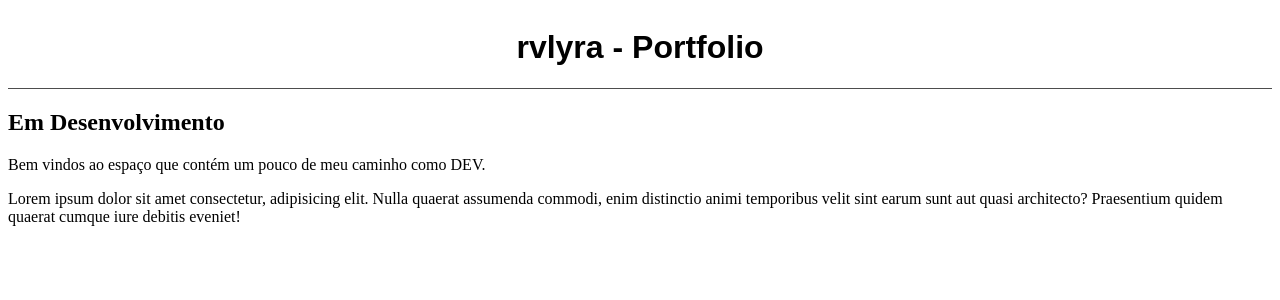
Repository: rvlyra/splash-screen-rvlyra
Page: Portfolio-RVLYRA/public/index.html
The author's editor kept a copy of each file at every save. The page is drawn from the files as they stood at one save, then again after the next save.
The browser window is 1280 px wide. The pictures show the whole page.
Some web fonts or font styles are not loaded; a fallback is used.

Above is the page before, as saved 2022-07-06 09:20:14.

After the next save:
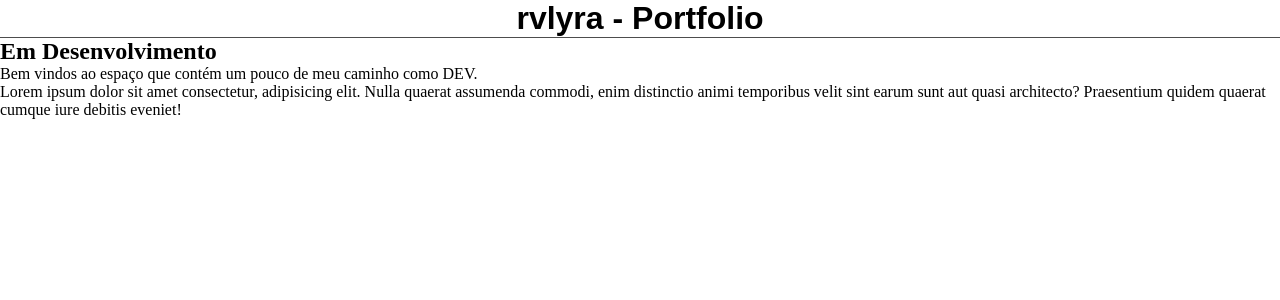
Saved 65 s later.
--- a/Portfolio-RVLYRA/assets/src/css/rl.main.css
+++ b/Portfolio-RVLYRA/assets/src/css/rl.main.css
@@ -1,4 +1,10 @@
 @import url('https://fonts.googleapis.com/css2?family=Mingzat&display=swap');
+
+* {
+    margin: 0;
+    padding: 0;
+    box-sizing: content-box;
+}
 
 setcion, header {
     font-family: 'Mingzat', sans-serif;
